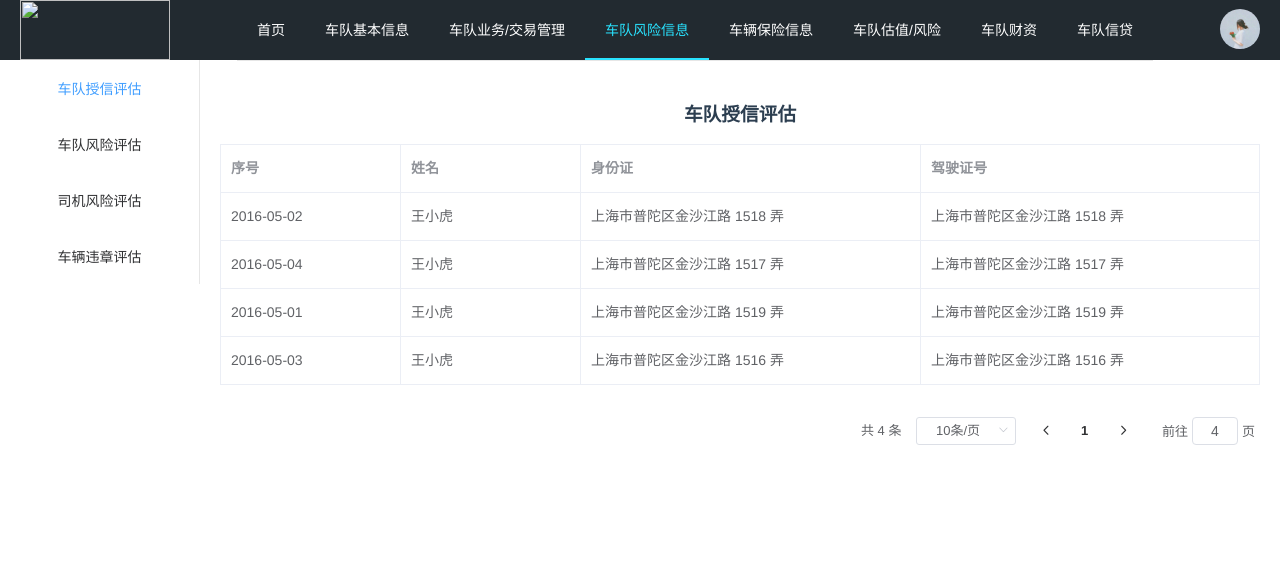
Repository: TheWomanLiketheWind/woodpecker
Page: /
These files come from the project's save history. The page is drawn as it stood at one moment and after the next save; the edit follows.
The browser window is 1280 px wide. The pictures show the whole page.
The project was rebuilt for these pictures with package versions that can differ from the ones it lists, and the page was loaded fresh each time. Also part of the build but not shown: src/views/menuThird.vue.

Above is the page before, as saved 2019-07-25 20:50:01.

After the next save:
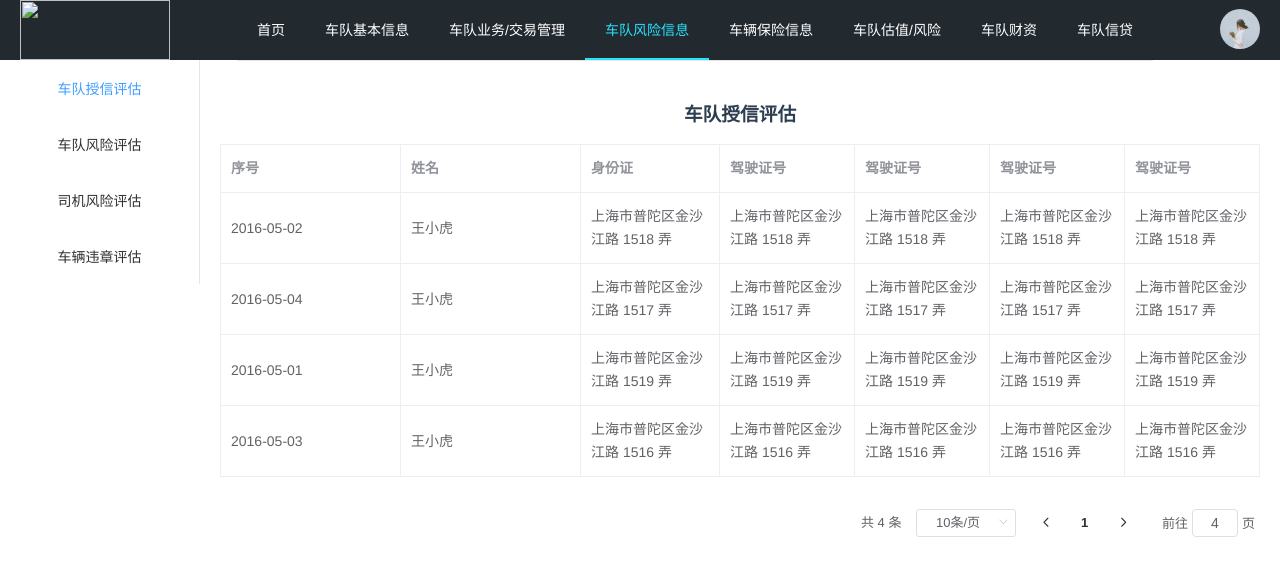
Saved 8 s later.
--- a/src/views/menuSecond.vue
+++ b/src/views/menuSecond.vue
@@ -25,6 +25,12 @@
                          width="180" />
         <el-table-column prop="address"
                          label="身份证" />
+        <el-table-column prop="address"
+                         label="驾驶证号" />
+        <el-table-column prop="address"
+                         label="驾驶证号" />
+        <el-table-column prop="address"
+                         label="驾驶证号" />
         <el-table-column prop="address"
                          label="驾驶证号" />
       </el-table>
